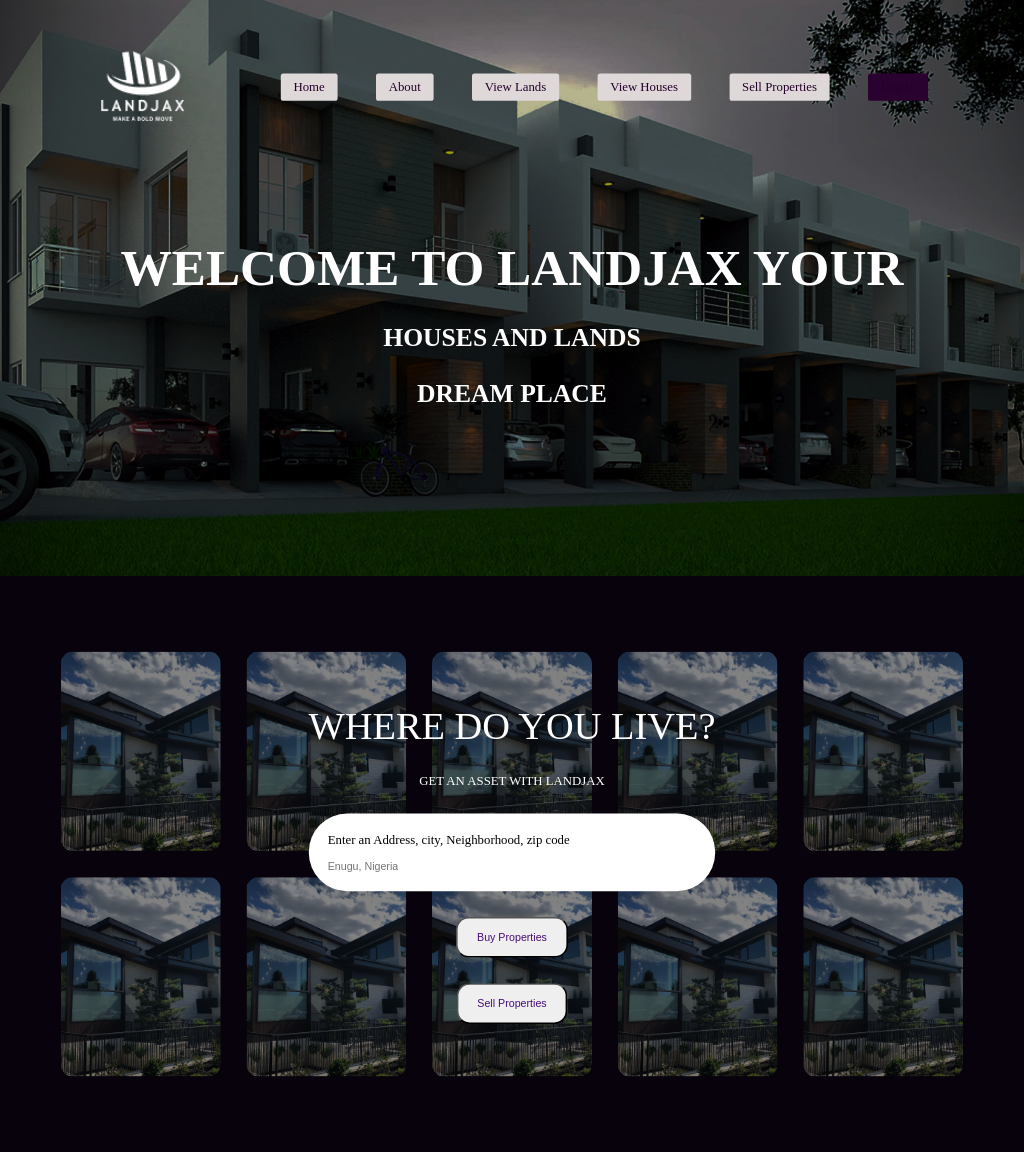
Repository: NorVirae/landjax-frontend
Page: /
These files come from the project's save history. The page is drawn as it stood at one moment and after the next save; the edit follows.
The browser window is 1280 px wide. The pictures show the whole page, at 80% of full size.
The project was rebuilt for these pictures with package versions that can differ from the ones it lists, and the page was loaded fresh each time. The framework's server and built-in components were replaced by stand-ins that run in the browser. Also part of the build but not shown: next.config.js.

Above is the page before, as saved 2022-07-02 16:22:17.

After the next save:
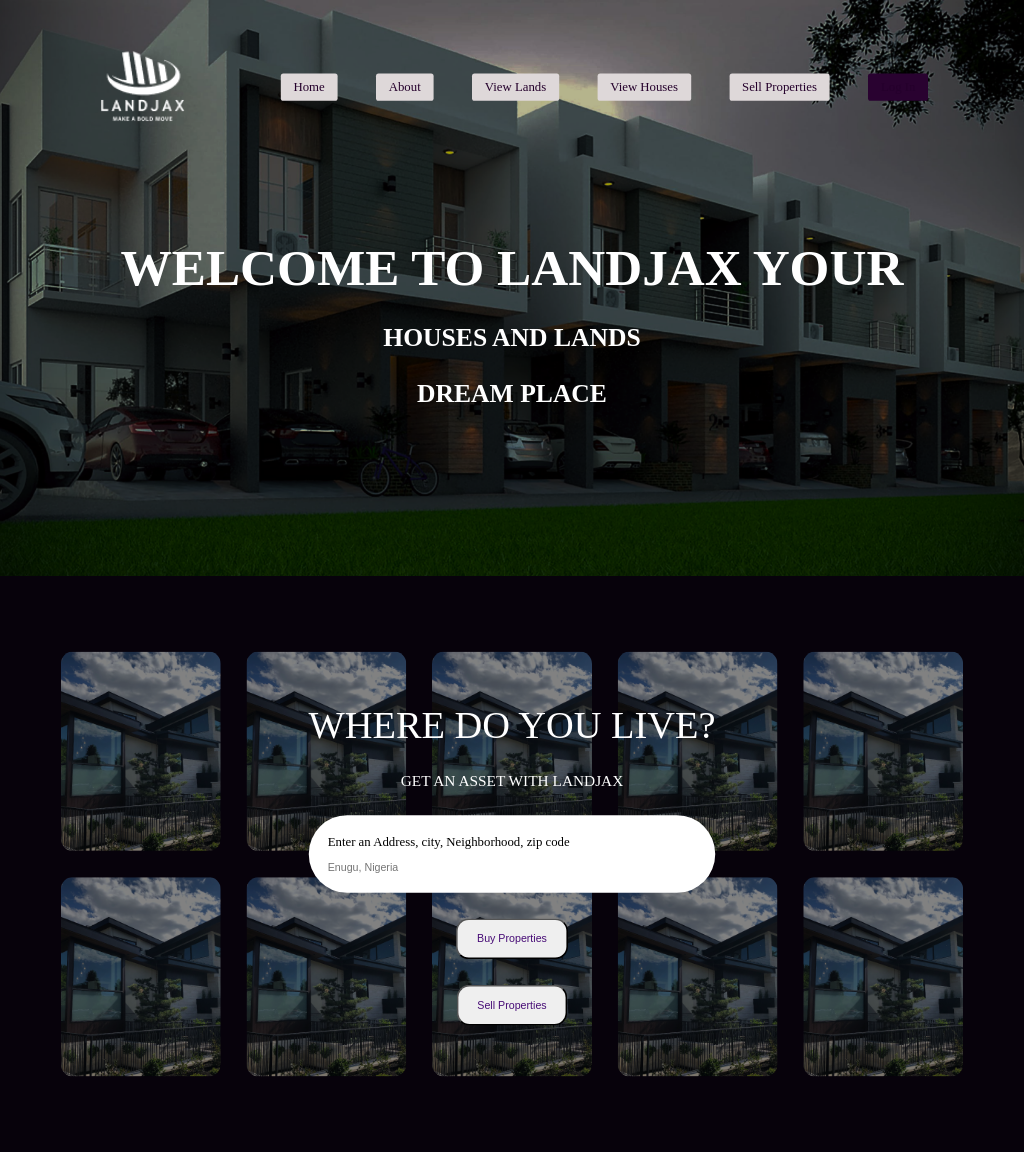
Saved 10 s later.
--- a/pages/index.tsx
+++ b/pages/index.tsx
@@ -49,7 +49,7 @@
 
           <section className='house__intro'>
             <p className='house__live'> WHERE DO YOU LIVE?</p>
-            <p> GET AN ASSET WITH <span>LANDJAX</span></p>
+            <p className='house__asset'> GET AN ASSET WITH <span>LANDJAX</span></p>
 
             <div className='house__form-group'>
               <label className='house__form-label'>Enter an Address, city, Neighborhood, zip code</label>
